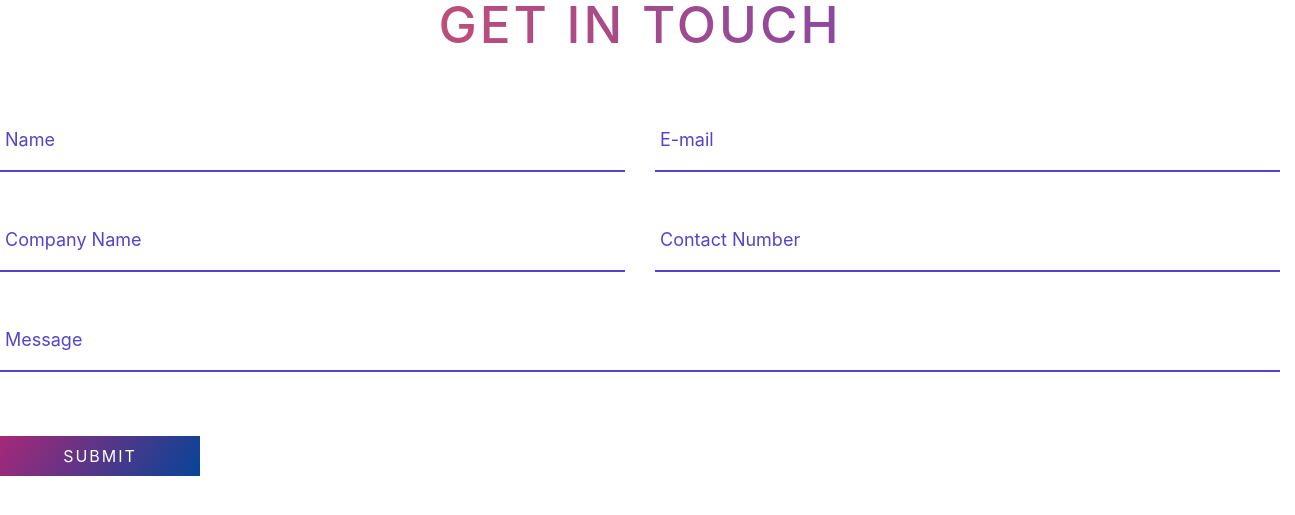
Repository: nguyenquan23/project-3
Page: http://localhost/laptrinhdoan/views/admin/add.jsp
These files come from the project's save history. The page is drawn as it stood at one moment and after the next save; the edit follows.
The browser window is 1280 px wide. The page is 1295 px wide, so the pictures cover 1295 px, including what lies to the right of the window. The pictures show the whole page.
Some web libraries are served in a nearby version. The page is served by Tomcat 9. Nobody is signed in. The application's start-up code is not run. Other server files are loaded and not shown.

Above is the page before, as saved 2023-01-19 13:51:24.
Console error: TypeError: Cannot read properties of undefined (reading 'fn')

### laptrinhdoan/src/main/webapp/views/admin/add.jsp
<%@ page language="java" contentType="text/html; charset=UTF-8" pageEncoding="UTF-8"%>
<!DOCTYPE html PUBLIC "-//W3C//DTD HTML 4.01 Transitional//EN" "http://www.w3.org/TR/html4/loose.dtd">
<html>
<head>
<meta http-equiv="Content-Type" content="text/html; charset=UTF-8">
<title>Trang chủ</title>
<link href="//maxcdn.bootstrapcdn.com/bootstrap/4.1.1/css/bootstrap.min.css" rel="stylesheet" id="bootstrap-css">
<script src="//maxcdn.bootstrapcdn.com/bootstrap/4.1.1/js/bootstrap.min.js"></script>
<script src="//cdnjs.cloudflare.com/ajax/libs/jquery/3.2.1/jquery.min.js"></script>
<style type="text/css">
..get-in-touch {
  max-width: 800px;
  margin: 50px auto;
  position: relative;

}
.get-in-touch .title {
  text-align: center;
  text-transform: uppercase;
  letter-spacing: 3px;
  font-size: 3.2em;
  line-height: 48px;
  padding-bottom: 48px;
     color: #5543ca;
    background: #5543ca;
    background: -moz-linear-gradient(left,#f4524d  0%,#5543ca 100%) !important;
    background: -webkit-linear-gradient(left,#f4524d  0%,#5543ca 100%) !important;
    background: linear-gradient(to right,#f4524d  0%,#5543ca  100%) !important;
    -webkit-background-clip: text !important;
    -webkit-text-fill-color: transparent !important;
}

.contact-form .form-field {
  position: relative;
  margin: 32px 0;
}
.contact-form .input-text {
  display: block;
  width: 100%;
  height: 36px;
  border-width: 0 0 2px 0;
  border-color: #5543ca;
  font-size: 18px;
  line-height: 26px;
  font-weight: 400;
}
.contact-form .input-text:focus {
  outline: none;
}
.contact-form .input-text:focus + .label,
.contact-form .input-text.not-empty + .label {
  -webkit-transform: translateY(-24px);
          transform: translateY(-24px);
}
.contact-form .label {
  position: absolute;
  left: 20px;
  bottom: 11px;
  font-size: 18px;
  line-height: 26px;
  font-weight: 400;
  color: #5543ca;
  cursor: text;
  transition: -webkit-transform .2s ease-in-out;
  transition: transform .2s ease-in-out;
  transition: transform .2s ease-in-out,
  -webkit-transform .2s ease-in-out;
}
.contact-form .submit-btn {
  display: inline-block;
  background-color: #000;
   background-image: linear-gradient(125deg,#a72879,#064497);
  color: #fff;
  text-transform: uppercase;
  letter-spacing: 2px;
  font-size: 16px;
  padding: 8px 16px;
  border: none;
  width:200px;
  cursor: pointer;
}

</style>
</head>
<body>
 <!--important link source from "https://bootsnipp.com/snippets/A36DP"-->

<!------ Include the above in your HEAD tag ---------->

<section class="get-in-touch">
   <h1 class="title">Get in touch</h1>
   <form class="contact-form row">
      <div class="form-field col-lg-6">
         <input id="name" class="input-text js-input" type="text" required>
         <label class="label" for="name">Name</label>
      </div>
      <div class="form-field col-lg-6 ">
         <input id="email" class="input-text js-input" type="email" required>
         <label class="label" for="email">E-mail</label>
      </div>
      <div class="form-field col-lg-6 ">
         <input id="company" class="input-text js-input" type="text" required>
         <label class="label" for="company">Company Name</label>
      </div>
       <div class="form-field col-lg-6 ">
         <input id="phone" class="input-text js-input" type="text" required>
         <label class="label" for="phone">Contact Number</label>
      </div>
      <div class="form-field col-lg-12">
         <input id="message" class="input-text js-input" type="text" required>
         <label class="label" for="message">Message</label>
      </div>
      <div class="form-field col-lg-12">
         <input class="submit-btn" type="submit" value="Submit">
      </div>
   </form>
</section>
</body>
</html>

After the next save:
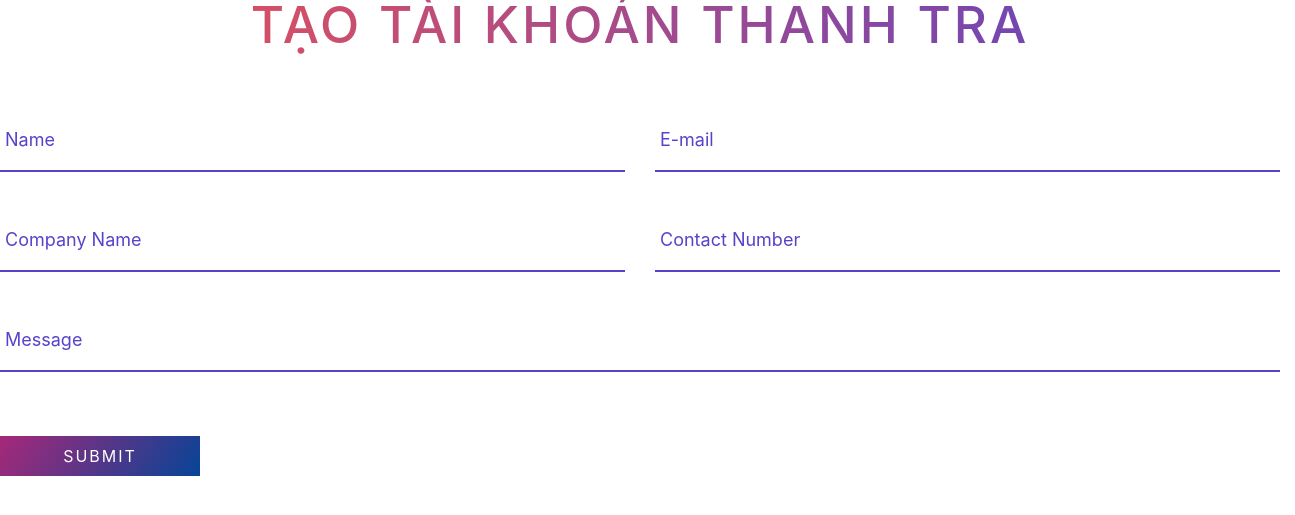
Saved 62 s later.
--- a/laptrinhdoan/src/main/webapp/views/admin/add.jsp
+++ b/laptrinhdoan/src/main/webapp/views/admin/add.jsp
@@ -88,7 +88,7 @@
 <!------ Include the above in your HEAD tag ---------->
 
 <section class="get-in-touch">
-   <h1 class="title">Get in touch</h1>
+   <h1 class="title">Tạo Tài Khoản Thanh Tra</h1>
    <form class="contact-form row">
       <div class="form-field col-lg-6">
          <input id="name" class="input-text js-input" type="text" required>
